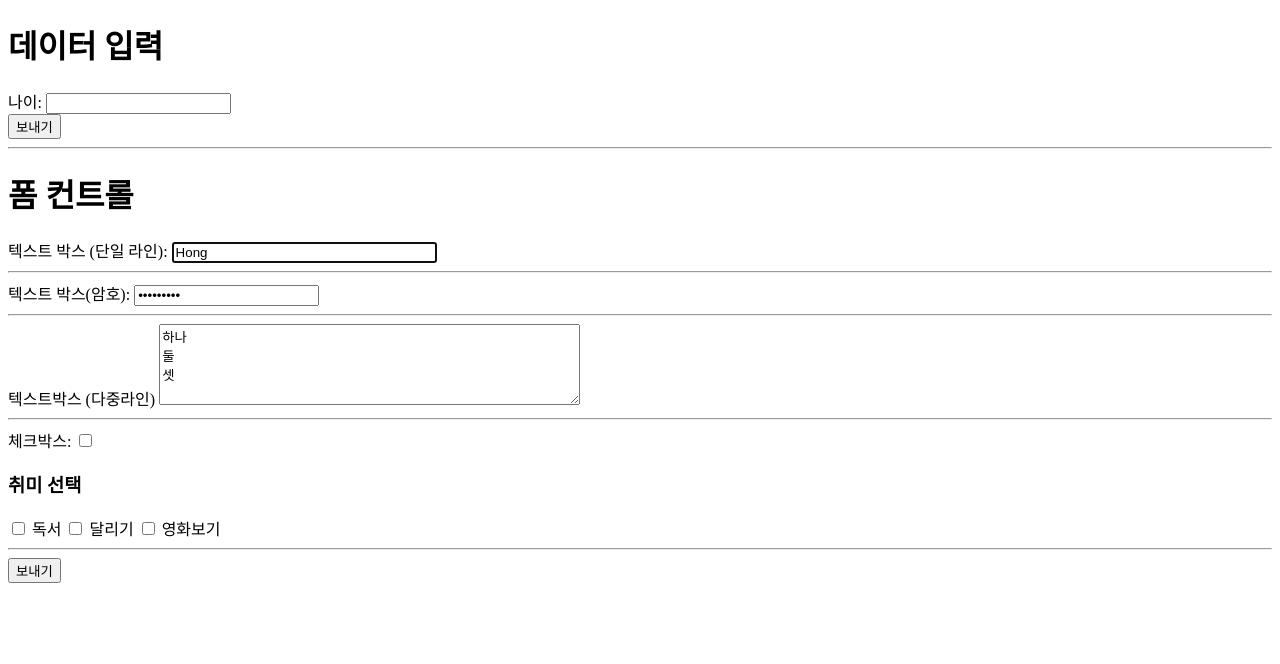
Repository: seula123/Front-End
Page: ClientTest/src/main/webapp/html/ex18_form.html
The author's editor kept a copy of each file at every save. The page is drawn from the files as they stood at one save, then again after the next save.
The browser window is 1280 px wide. The pictures show the whole page.

Above is the page before, as saved 2023-09-21 07:02:30.

After the next save:
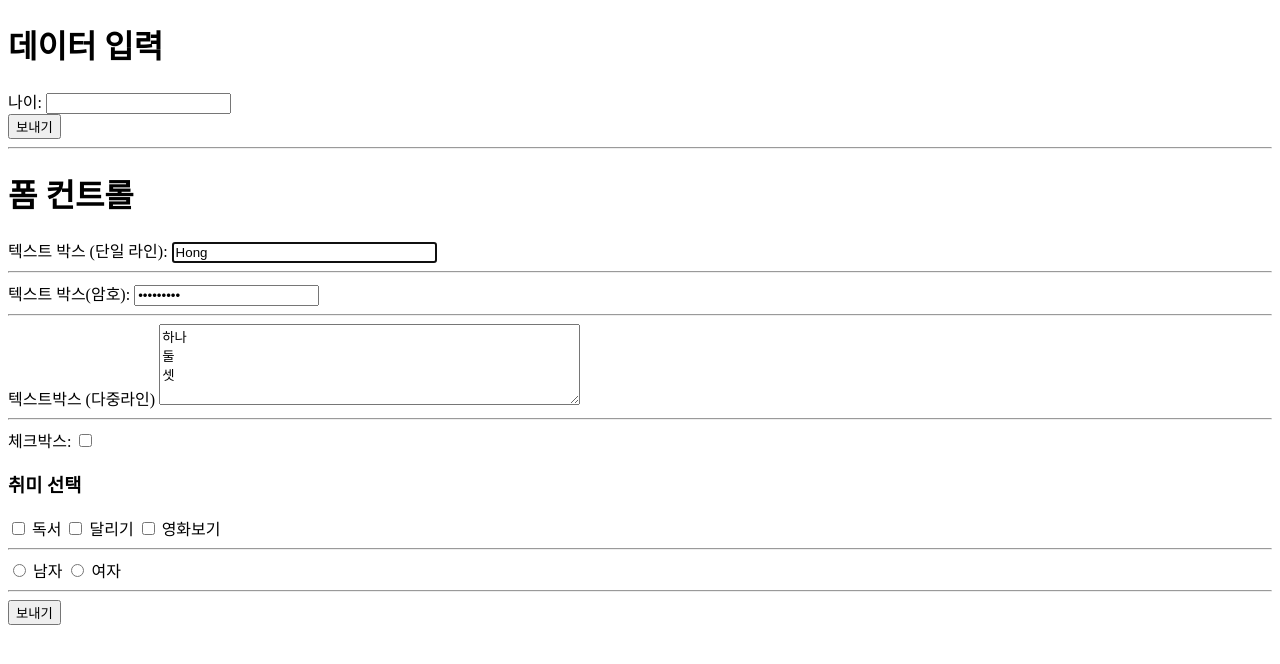
Saved 4 min 36 s later.
--- a/ClientTest/src/main/webapp/html/ex18_form.html
+++ b/ClientTest/src/main/webapp/html/ex18_form.html
@@ -139,6 +139,20 @@
 	 	<input type = "checkbox"> 영화보기
 
 	 	<hr>
+
+	 	<!--
+	 		라디오 버튼
+	 		- 체크 박스와 유사
+
+	 	-->
+	 	<input type = "radio" name="rbGender"> 남자
+	 	<input type ="radio" name="rbGender"> 여자
+
+
+
+
+		<hr>
+
 	 	<input type = "submit" value ="보내기">
 
 
